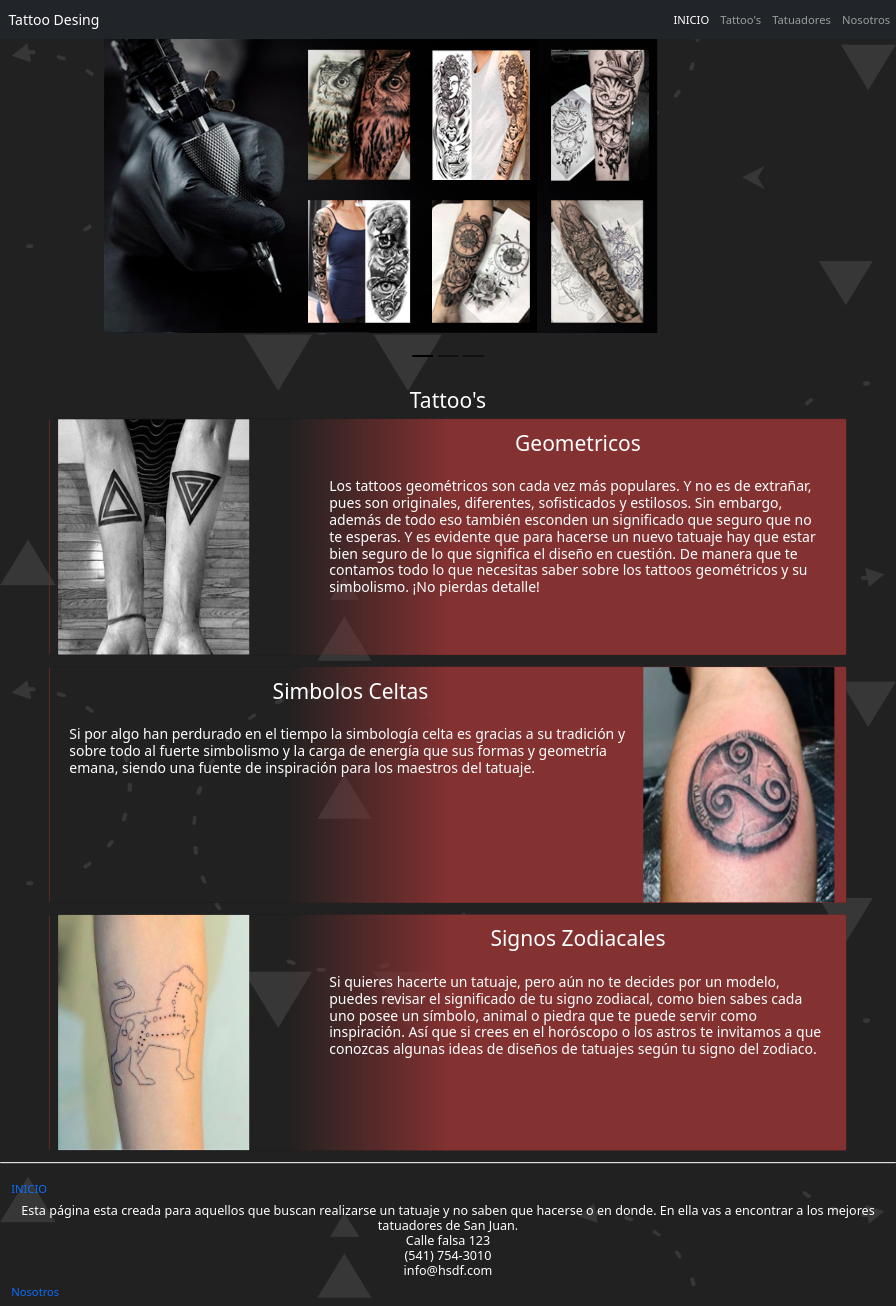
Repository: Vladimir-22/TatooDesign
Page: index.html
These files come from the project's save history. The page is drawn as it stood at one moment and after the next save; the edit follows.
The browser window is 1280 px wide. The pictures show the whole page, at 70% of full size.
Some web libraries are served in a nearby version.

Above is the page before, as saved 2021-05-19 20:58:25.

### index.html
<!DOCTYPE html>
<html lang="es">

<head>
    <meta charset="UTF-8">
    <meta http-equiv="X-UA-Compatible" content="IE=edge">
    <meta name="viewport" content="width=device-width, initial-scale=1.0">
    <link href="https://cdn.jsdelivr.net/npm/bootstrap@5.0.0-beta3/dist/css/bootstrap.min.css" rel="stylesheet" integrity="sha384-eOJMYsd53ii+scO/bJGFsiCZc+5NDVN2yr8+0RDqr0Ql0h+rP48ckxlpbzKgwra6" crossorigin="anonymous">
    <script src="https://cdn.jsdelivr.net/npm/bootstrap@5.0.0-beta3/dist/js/bootstrap.bundle.min.js" integrity="sha384-JEW9xMcG8R+pH31jmWH6WWP0WintQrMb4s7ZOdauHnUtxwoG2vI5DkLtS3qm9Ekf" crossorigin="anonymous"></script>
    <script src="https://cdn.jsdelivr.net/npm/bootstrap@5.0.0-beta3/dist/js/bootstrap.bundle.min.js" integrity="sha384-JEW9xMcG8R+pH31jmWH6WWP0WintQrMb4s7ZOdauHnUtxwoG2vI5DkLtS3qm9Ekf" crossorigin="anonymous"></script>
    <script src="https://cdn.jsdelivr.net/npm/@popperjs/core@2.9.1/dist/umd/popper.min.js" integrity="sha384-SR1sx49pcuLnqZUnnPwx6FCym0wLsk5JZuNx2bPPENzswTNFaQU1RDvt3wT4gWFG" crossorigin="anonymous"></script>
    <script src="https://cdn.jsdelivr.net/npm/bootstrap@5.0.0-beta3/dist/js/bootstrap.min.js" integrity="sha384-j0CNLUeiqtyaRmlzUHCPZ+Gy5fQu0dQ6eZ/xAww941Ai1SxSY+0EQqNXNE6DZiVc" crossorigin="anonymous"></script>
    <link rel="stylesheet" href="https://use.fontawesome.com/releases/v5.8.1/css/all.css" integrity="sha384-50oBUHEmvpQ+1lW4y57PTFmhCaXp0ML5d60M1M7uH2+nqUivzIebhndOJK28anvf" crossorigin="anonymous">
    <link rel="stylesheet" href="css/styles.css">
    <title>Tattoo Desing</title>
</head>

<body>
    <nav class="navbar navbar-expand-lg navbar-dark bg-dark">
        <div class="container-fluid">
            <!-- <i class="fas fa-bars"></i> -->

            <div class="col-md-9">
                <a class="navbar-brand" href="#">Tattoo Desing</a>

                <button class="navbar-toggler" type="button" data-bs-toggle="collapse" data-bs-target="#navbarNav" aria-controls="navbarNav" aria-expanded="false" aria-label="Toggle navigation">
                    <span class="navbar-toggler-icon"></span>
                </button>
            </div>

            <div class="col-md-3 collapse navbar-collapse" id="navbarNav">
                <ul class="navbar-nav">
                    <li class="nav-item">
                        <a class="nav-link active" aria-current="page" href="#">INICIO</a>
                    </li>
                    <li class="nav-item">
                        <a class="nav-link" href="tattoo's.html">Tattoo's</a>
                    </li>
                    <li class="nav-item">
                        <a class="nav-link" href="tatuadores.html">Tatuadores</a>
                    </li>
                    <li class="nav-item">
                        <a class="nav-link" href="nosotros.html" tabindex="-1" aria-disabled="true">Nosotros</a>
                    </li>
                </ul>
            </div>

        </div>
    </nav>

    <div class="container">
        <div class="row" id="carrusel" >
            <div id="carouselExampleDark" class="carousel carousel-dark slide" data-bs-ride="carousel">

                <div class="carousel-indicators">
                    <button type="button" data-bs-target="#carouselExampleDark" data-bs-slide-to="0" class="active" aria-current="true" aria-label="Slide 1"></button>
                    <button type="button" data-bs-target="#carouselExampleDark" data-bs-slide-to="1" aria-label="Slide 2"></button>
                    <button type="button" data-bs-target="#carouselExampleDark" data-bs-slide-to="2" aria-label="Slide 3"></button>
                </div>

                <div class="carousel-inner">
                    <div class="carousel-item active" data-bs-interval="10000">
                        <img id="imgCarrusel" src="./Agos/Carrusel/trae-tu-diseño.png" class="d-block w-20" alt="...">
                        <!-- <div class="carousel-caption d-none d-md-block">
                            <h5>First slide label</h5>
                            <p>Some representative placeholder content for the first slide.</p>
                        </div> -->
                    </div>
                    <div class="carousel-item" data-bs-interval="4000">
                        <img id="imgCarrusel" src="./Agos/Carrusel/Tendencias.png" class="d-block w-20" alt="...">
                        <!-- <div class="carousel-caption d-none d-md-block">
                            <h5>Second slide label</h5>
                            <p>Some representative placeholder content for the second slide.</p>
                        </div> -->
                    </div>
                    <div class="carousel-item" data-bs-interval="2000">
                        <img id="imgCarrusel" src="./Agos/Carrusel/Tatuadores-banner.png" class="d-block w-20" alt="...">
                        <!-- <div class="carousel-caption d-none d-md-block">
                            <h5>Third slide label</h5>
                            <p>Some representative placeholder content for the third slide.</p>
                        </div> -->
                    </div>
                </div>

                <!-- <button class="carousel-control-prev" type="button" data-bs-target="#carouselExampleDark" data-bs-slide="prev">
                  <span class="carousel-control-prev-icon" aria-hidden="true"></span>
                  <span class="visually-hidden">Previous</span>
                </button>
                <button class="carousel-control-next" type="button" data-bs-target="#carouselExampleDark" data-bs-slide="next">
                  <span class="carousel-control-next-icon" aria-hidden="true"></span>
                  <span class="visually-hidden">Next</span>
                </button> -->

            </div>
        </div>

        <div class="row section2 text-center">
            <h1>
                Tattoo's
            </h1>
        </div>

        <div class="row">
            <!-- <div class="card mb-3">
                <img src="./Pedro/Categorías - Signos Zodiacales/Simbolos Celtas.PNG" class="card-img-top" alt="...">
                <div class="card-body">
                    <h5 class="card-title">Card title</h5>
                    <p class="card-text">This is a wider card with supporting text below as a natural lead-in to additional content. This content is a little bit longer.</p>
                    <p class="card-text"><small class="text-muted">Last updated 3 mins ago</small></p>
                </div>
            </div> -->

            <div id="Geometricos" class="card mb-3" style="max-width: auto;">
                <div class="row g-0">
                    <div class="col-md-4">
                        <img id="imagen" src="./Pedro/Categorías - descripcion inicio/Tatuajes Geometricos.jpg" alt="...">
                    </div>
                    <div class="col-md-8">
                        <div class="card-body">
                            <h1 class="card-title">Geometricos</h1> <br>
                            <h5 id="descrip-gral" class="card-text">
                                Los tattoos geométricos son cada vez más populares. Y no es de extrañar, pues son originales, diferentes, sofisticados y estilosos. Sin embargo, además de todo eso también esconden un significado que seguro que no te esperas.
                                Y es evidente que para hacerse un nuevo tatuaje hay que estar bien seguro de lo que significa el diseño en cuestión. De manera que te contamos todo lo que necesitas saber sobre los tattoos geométricos y su simbolismo. ¡No
                                pierdas detalle!
                            </h5>
                            <!-- <p class="card-text"><small class="text-muted">Última actualización 3 minutos</small></p> -->
                        </div>
                    </div>
                </div>
            </div>

            <div id="Celtas" class="card mb-3" style="max-width: auto;">
                <div class="row g-0">
                    <div class="col-md-9">
                        <div class="card-body">
                            <h1 class="card-title">Simbolos Celtas</h1> <br>
                            <h5 id="descrip-gral" class="card-text">
                                Si por algo han perdurado en el tiempo la simbología celta es gracias a su tradición y sobre todo
                                al fuerte simbolismo y la carga de energía que sus formas y geometría emana, siendo una fuente de
                                inspiración para los maestros del tatuaje.
                            </h5 >
                            <!-- <p class="card-text"><small class="text-muted">Última actualización 3 minutos</small></p> -->
                        </div>
                    </div>
                    <div class="col-md-3">
                        <img id="imagen" src="./Pedro/Categorías - descripcion inicio/Simbolos Celtas.jpg" alt="...">
                    </div>
                </div>
            </div>

            <div id="Zodiacales" class="card mb-3" style="max-width: auto;">
                <div class="row g-0">
                    <div class="col-md-4">
                        <img id="imagen" src="./Pedro/Categorías - descripcion inicio/Signos Zodiacales.jpg" alt="...">
                    </div>
                    <div class="col-md-8">
                        <div class="card-body">
                            <h1 class="card-title">Signos Zodiacales</h1> <br>
                            <h5 id="descrip-gral" class="card-text">
                                Si quieres hacerte un tatuaje, pero aún no te decides por un modelo, puedes revisar el significado
                                de tu signo zodiacal, como bien sabes cada uno posee un símbolo, animal o piedra que te puede servir
                                como inspiración.
                                Así que si crees en el horóscopo o los astros te invitamos a que conozcas algunas ideas de diseños
                                de tatuajes según tu signo del zodiaco.
                            </h5>
                            <!-- <p class="card-text"><small class="text-muted">Última actualización 3 minutos</small></p> -->
                        </div>
                    </div>
                </div>
            </div>
        </div>

    </div>
</body>
<footer>
    <div class="footer" id="footer">
        <div id="footer" class="card mb-3" style="auto"></div>
            <div class="col-6 col-md-4">
                <a class="nav-link active" aria-current="page" href="#">INICIO</a>
            </div>
           <div class=>
                <h3 id="descrip-gral" class="card-text">
                    Esta página esta creada para aquellos que buscan realizarse un tatuaje y no saben que hacerse o en donde. En ella vas a encontrar a los mejores tatuadores de San Juan.<br>
                    Calle falsa 123<br>
                    (541) 754-3010<br>
                    info@hsdf.com<br>
                </h3>
            </div>

            <div class="col-6 col-md-4"">

                    <a class="nav-link" href="nosotros.html" tabindex="-1" aria-disabled="true">Nosotros</a>
                </div>
            </div>
         </div>
    </div>

</footer>
</html>

### css/styles.css
body {
    margin: 0 !important;
    padding: 0;
    position: relative;
    /*width: 1440px;
    height: 1024px;*/
    background: #212121;
    background-image: url(../Daniela/Background.png);
    background-position: center;
    background-size: contain;
    /* font-family: NanumGothic; */
}

.section2 {
    margin-top: 7%;
    color: white;
}

.section3 {
    margin-top: 3%;
    color: white;
}

h1 {
    font-size: 30px;
}

h2 {
    font-size: 21px;
}

h3 {
    font-size: 18px;
}

h1,
h2,
h3 {
    color: white;
    text-align: center;
}


/*.card img {
    width: 30%;
    height: 30%;
    align-content: center;
} */

nav {
    position: absolute;
    left: 0% !important;
    right: 0% !important;
    top: 0% !important;
    bottom: 0% !important;
    background: #000000 !important;
}

.carousel-indicators {
    left: 0% !important;
    right: 0% !important;
    top: 105% !important;
    bottom: 0% !important;
    margin-top: 0% !important;
}

.carousel-inner {
    left: 6% !important;
    right: 0% !important;
    top: 0% !important;
}



#Geometricos,
#Celtas,
#Zodiacales {
    background: linear-gradient(270deg, #833131 50%, rgba(131, 49, 49, 0) 70.34%);
    border-radius: 4px;
}

#nosotros
{
    background: none;
}

#descrip-gral {
    color: white;
}

#imagen {
    width: 273px;
    height: 336px;
}

#Celtas #imagen {
    right: 100% !important;
    top: 660px;
}

After the next save:
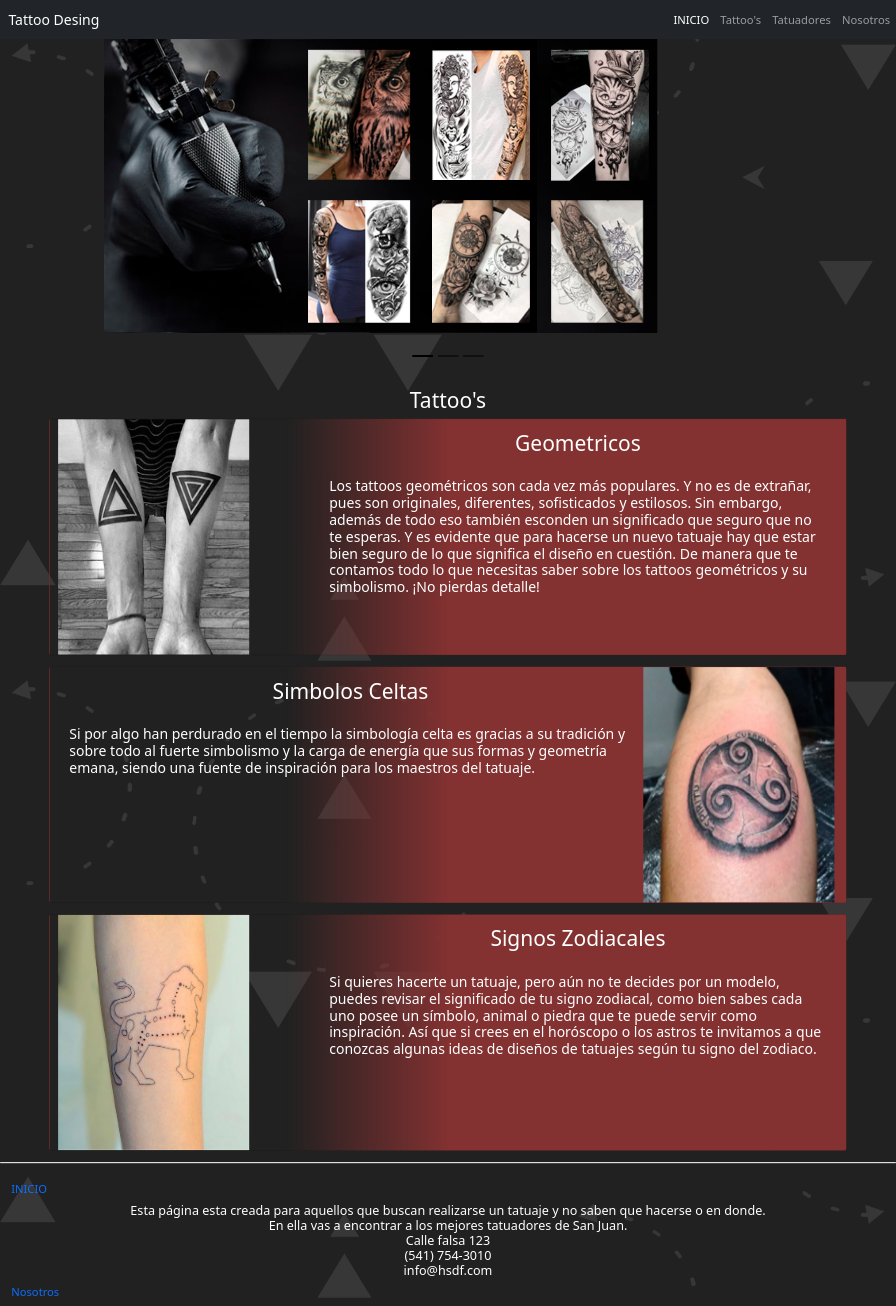
Saved 97 s later.
--- a/index.html
+++ b/index.html
@@ -180,7 +180,8 @@
             </div>
            <div class=>
                 <h3 id="descrip-gral" class="card-text">
-                    Esta página esta creada para aquellos que buscan realizarse un tatuaje y no saben que hacerse o en donde. En ella vas a encontrar a los mejores tatuadores de San Juan.<br>
+                    Esta página esta creada para aquellos que buscan realizarse un tatuaje y no saben que hacerse o en donde. <br>
+                    En ella vas a encontrar a los mejores tatuadores de San Juan.<br>
                     Calle falsa 123<br>
                     (541) 754-3010<br>
                     info@hsdf.com<br>
